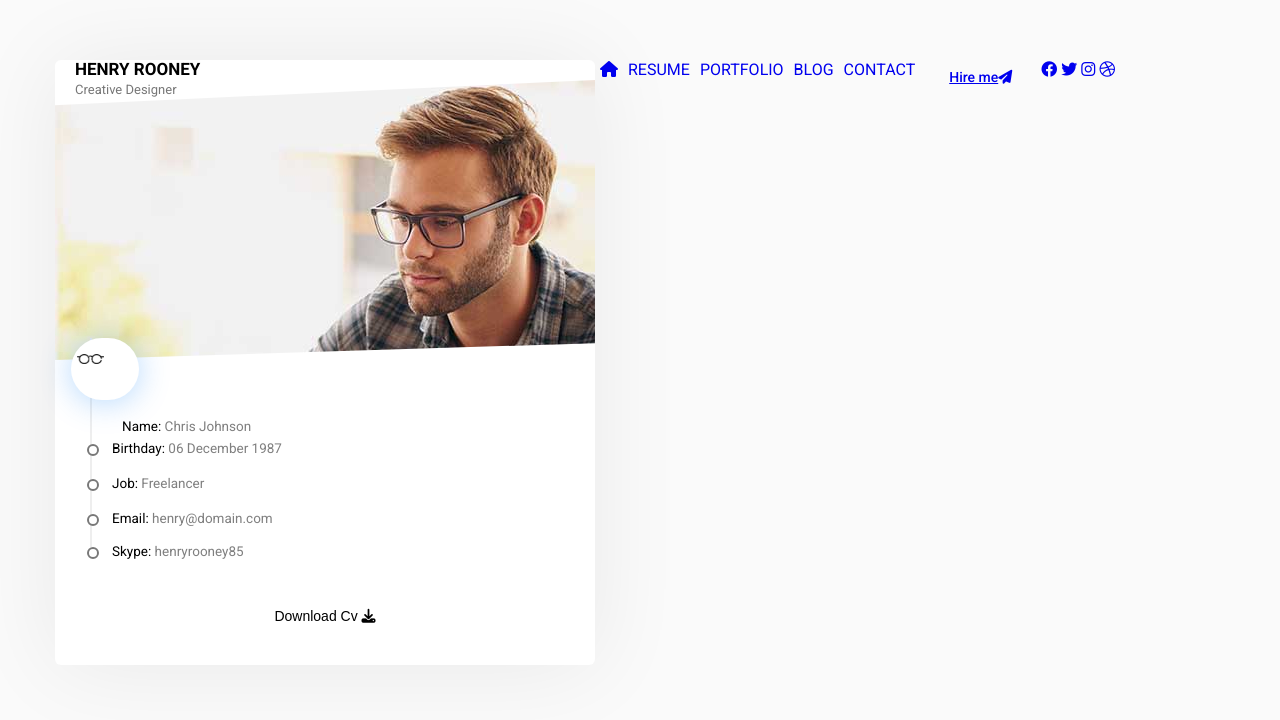
Repository: Lehuyhuynh/mat
Page: index.html
The author's editor kept a copy of each file at every save. The page is drawn from the files as they stood at one save, then again after the next save.
The browser window is 1280 px wide. The pictures show the whole page.

Above is the page before, as saved 2023-04-12 14:10:47.

After the next save:
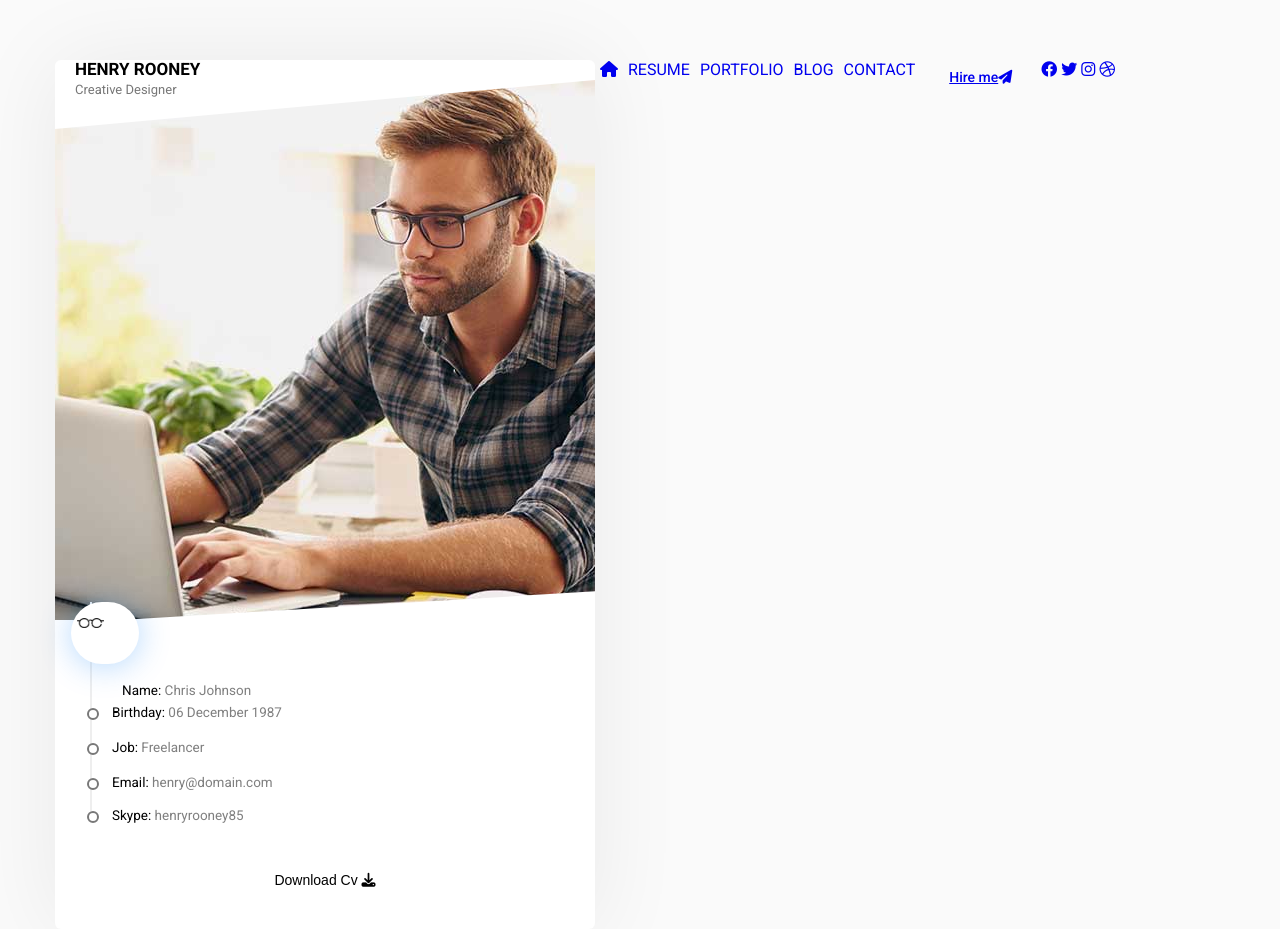
Saved 5 s later.
--- a/style.css
+++ b/style.css
@@ -84,7 +84,7 @@
                    margin-top: -18px;
                    -webkit-clip-path: polygon(0 9%, 100% 0, 100% 94%, 0% 100%);
                     clip-path: polygon(0 9%, 100% 0, 100% 94%, 0% 100%);
-                    height: 280px;
+                    height: px;
 
 }
 .profile-img img{
